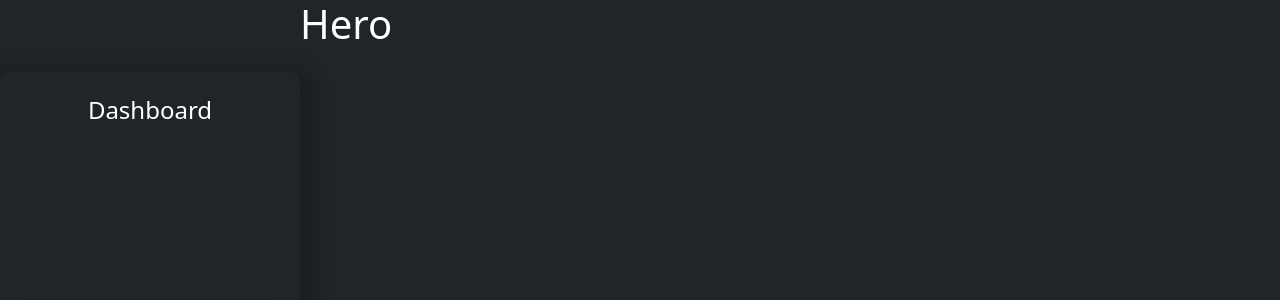
Repository: iamevs/Employee-Management-System
Page: / (app in client/)
These files come from the project's save history. The page is drawn as it stood at one moment and after the next save; the edit follows.
The browser window is 1280 px wide. The pictures show the whole page.
The project was rebuilt for these pictures with package versions that can differ from the ones it lists, and the page was loaded fresh each time. Also part of the build but not shown: client/vite.config.js, client/src/App.css, client/src/components/Home.jsx, client/src/components/Register.jsx, client/src/components/Edit.jsx. Imported but missing from the stored project, and not drawn on this page: client/src/components/Details.

Above is the page before, as saved 2022-11-29 01:40:01.

After the next save:
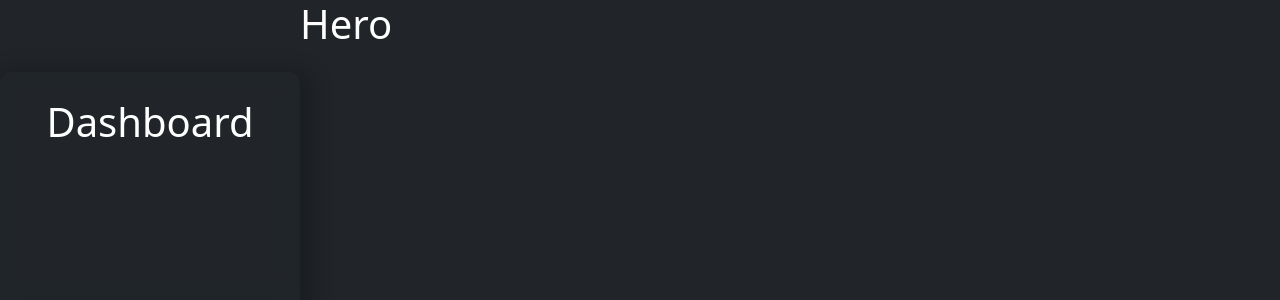
Saved 9 s later.
--- a/client/src/components/Navbar.jsx
+++ b/client/src/components/Navbar.jsx
@@ -56,7 +56,7 @@ const Navbar = () => {
             marginTop: "10vh"
         }}>
             <Box sx={{
-                fontSize: "1.5rem",
+                fontSize: "2.5rem",
                 borderRadius: "10px",
                 marginTop: "20px",
             }}>
